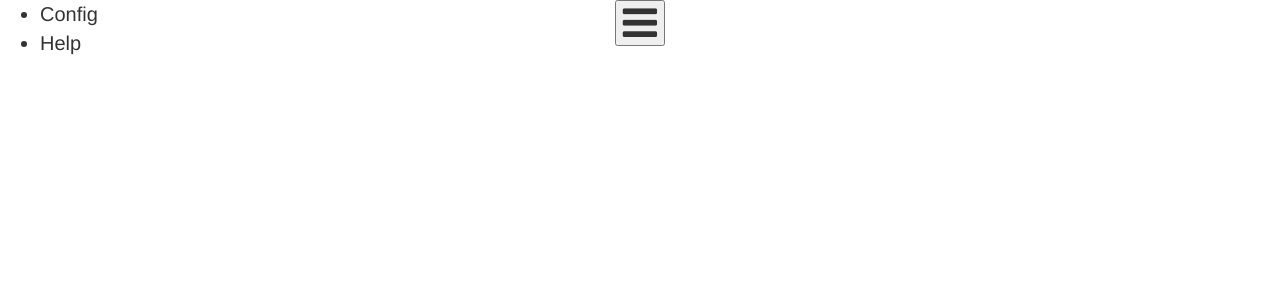
Repository: cristian87dev/DomoLime
Page: client/index.html
The author's editor kept a record of every edit. The page is drawn from the files as they stood at one moment, then again after the next edit.
The browser window is 1280 px wide. The pictures show the whole page.

Above is the page before.
Console error (its wording comes from the project's code and is left out).

After the next edit:
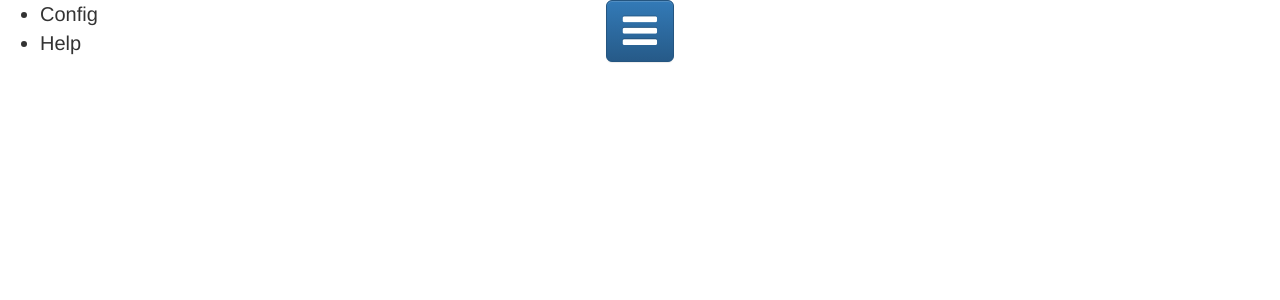
The edit:
--- a/client/index.html
+++ b/client/index.html
@@ -13,7 +13,7 @@
 	<header>
 		<nav class="navegation" ng-controller="navController">
 			<div class="button">
-				<button class="fa fa-bars"  ng-class="{'warning' : isVisible, 'red' : !isVisible}" ng-click="toggleNav()"></button>
+				<button class="fa fa-bars btn btn-primary btn-lg" ng-class="{'warning' : isVisible, 'red' : !isVisible}" ng-click="toggleNav()"></button>
 			</div>
 			<ul class="items" ng-show="isVisible">
 				<li>Config</li>
